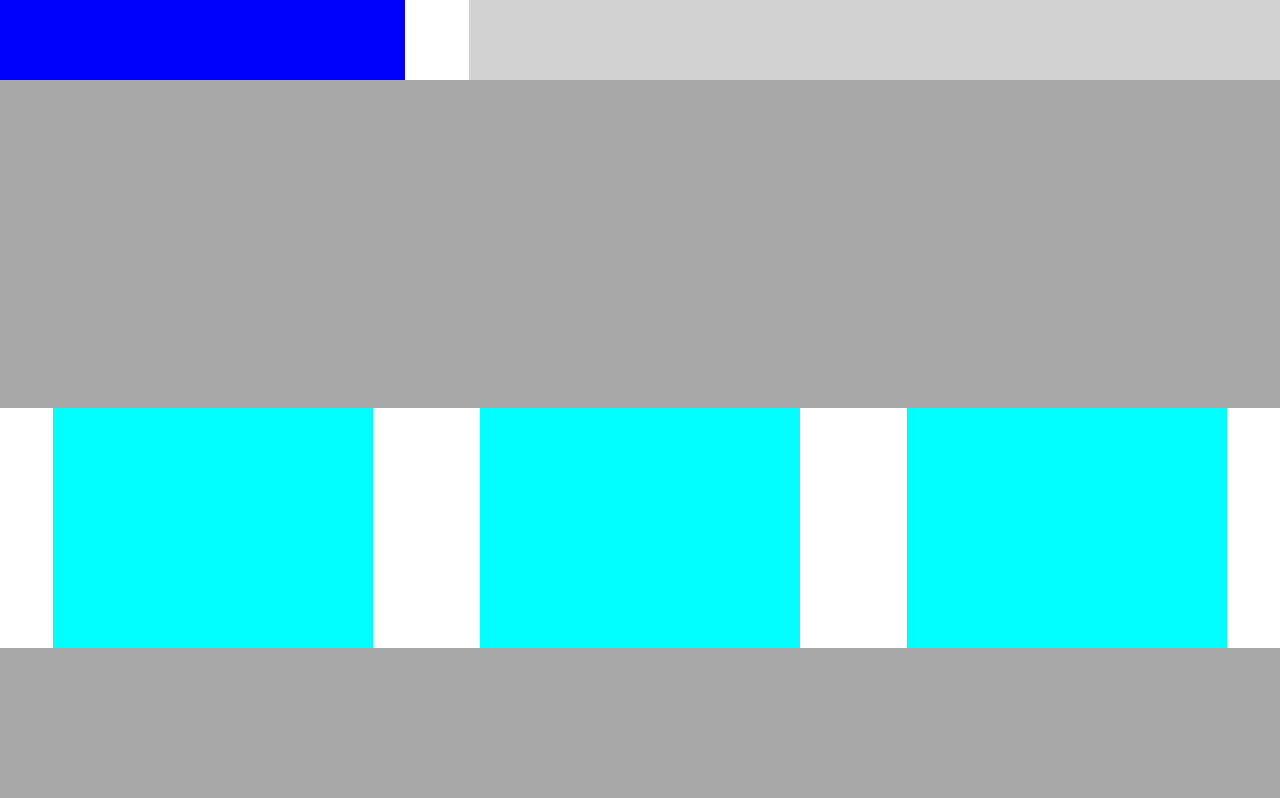
Repository: punitbathija/Placement-Assitance-iNeuron
Page: responsive-web-design.html
The author's editor kept a copy of each file at every save. The page is drawn from the files as they stood at one save, then again after the next save.
The browser window is 1280 px wide. The pictures show the whole page.

Above is the page before, as saved 2023-05-23 15:28:03.

After the next save:
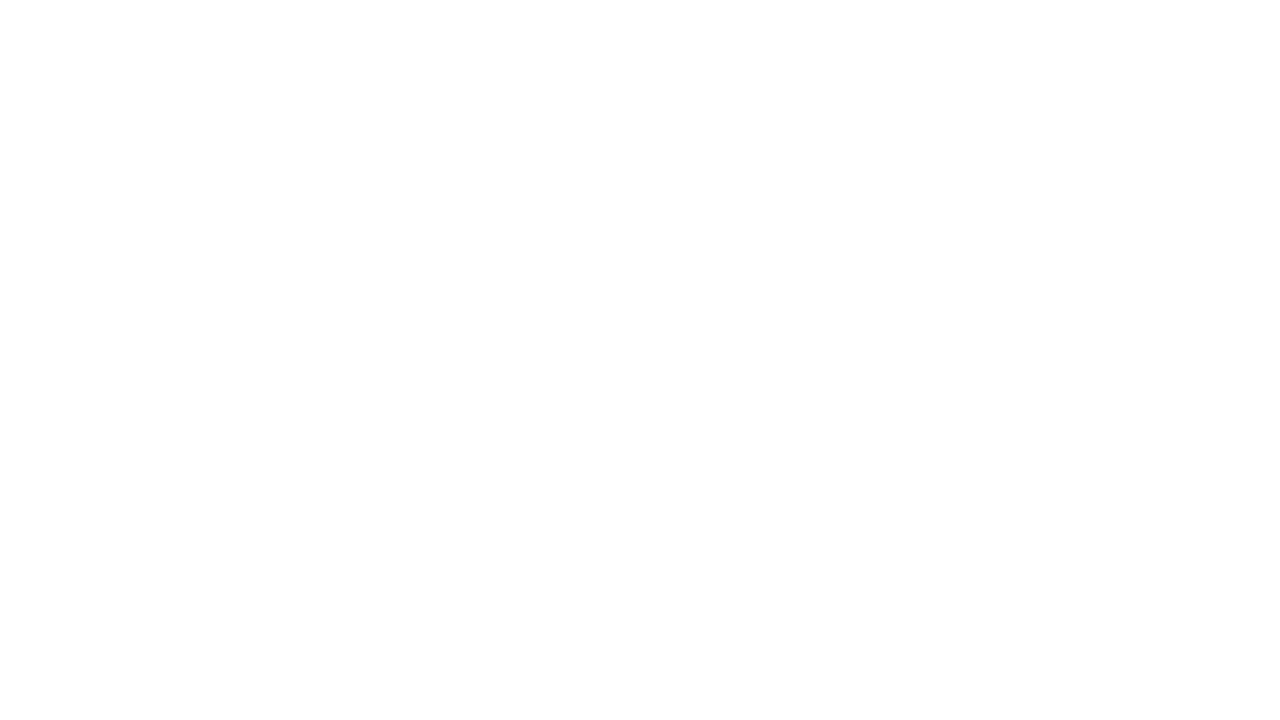
Saved 63 s later.
--- a/responsive-web-design.html
+++ b/responsive-web-design.html
@@ -4,6 +4,7 @@
     <title>Responsive Design Layout with Flexbox</title>
     <style>
       body {
+        display: flex;
         margin: 0;
         padding: 0;
         font-family: sans-serif;

After the save that followed:
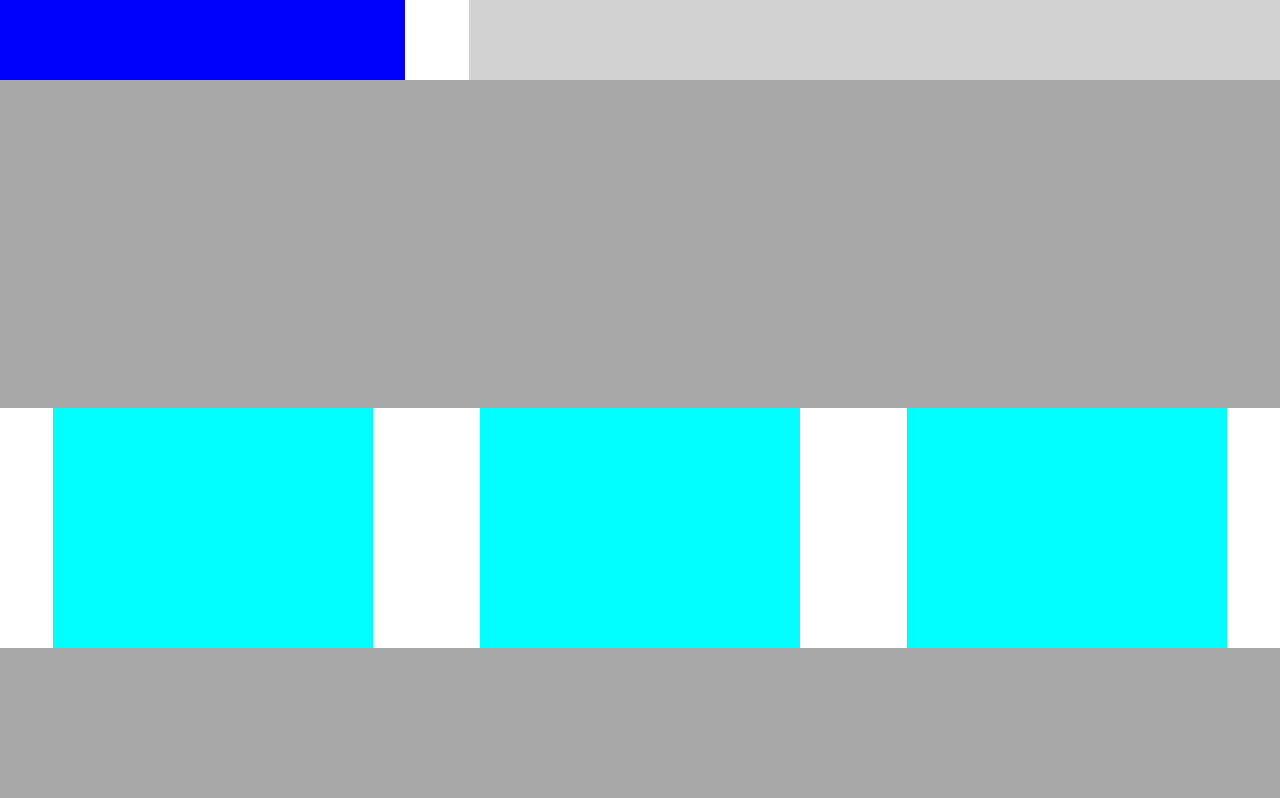
Saved 5 s later.
--- a/responsive-web-design.html
+++ b/responsive-web-design.html
@@ -5,6 +5,7 @@
     <style>
       body {
         display: flex;
+        flex-direction: column;
         margin: 0;
         padding: 0;
         font-family: sans-serif;
